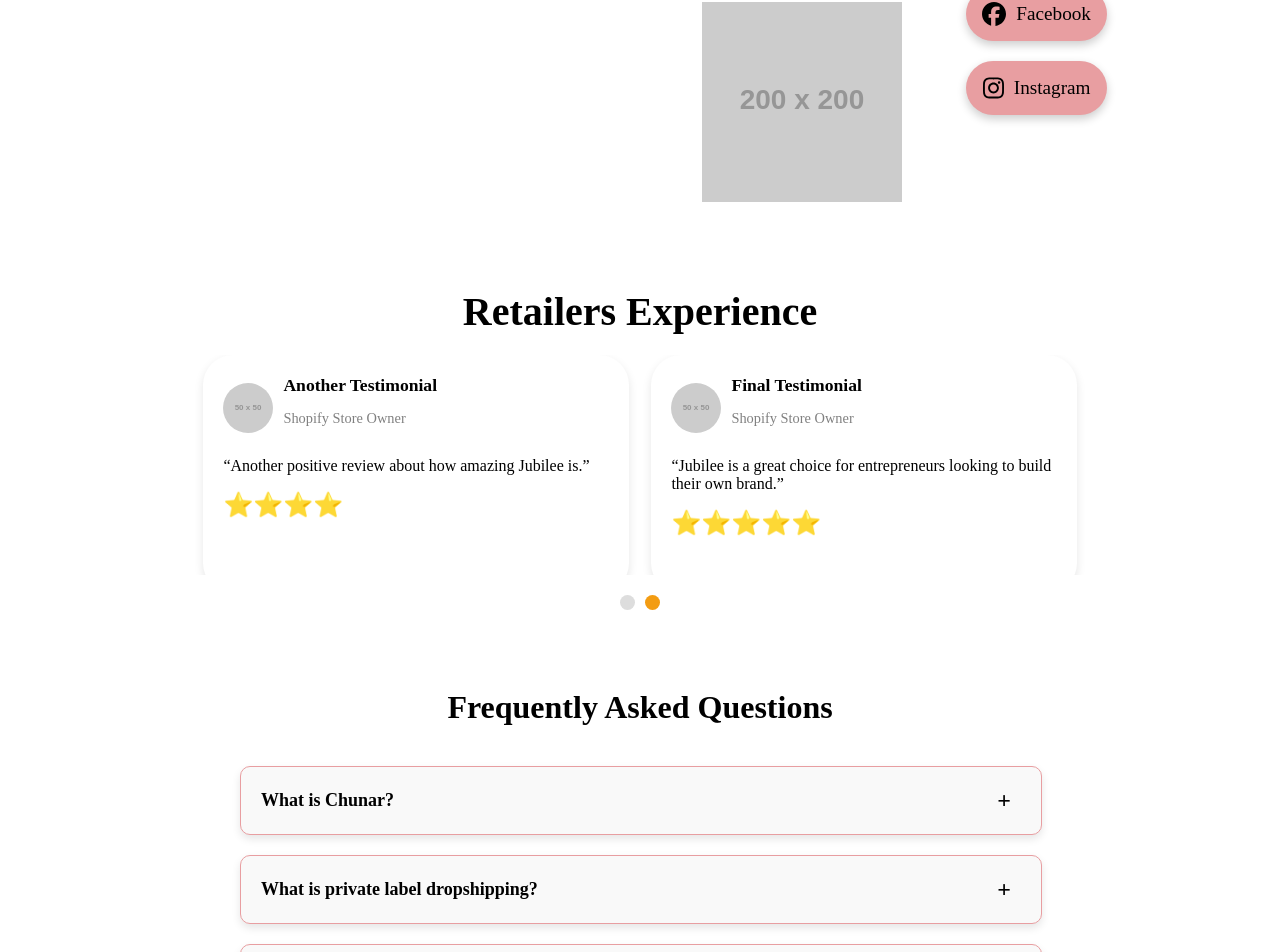
Repository: Nn-Exe/chunar-ecommerce
Page: / (app in ecommerce-frontend/)
These files come from the project's save history. The page is drawn as it stood at one moment and after the next save; the edit follows.
The browser window is 1280 px wide. The pictures show the part of the page from y = 1419 to 2371 px (the page is 2627 px tall).
Pictures or frames that could not be fetched are drawn as grey boxes. The page's requests for data from a server got no answer. The project was rebuilt for these pictures with package versions that can differ from the ones it lists, and the page was loaded fresh each time. No one was signed in, and anything a server would have sent is missing.

Above is the page before, as saved 2024-09-12 15:26:41.

After the next save:
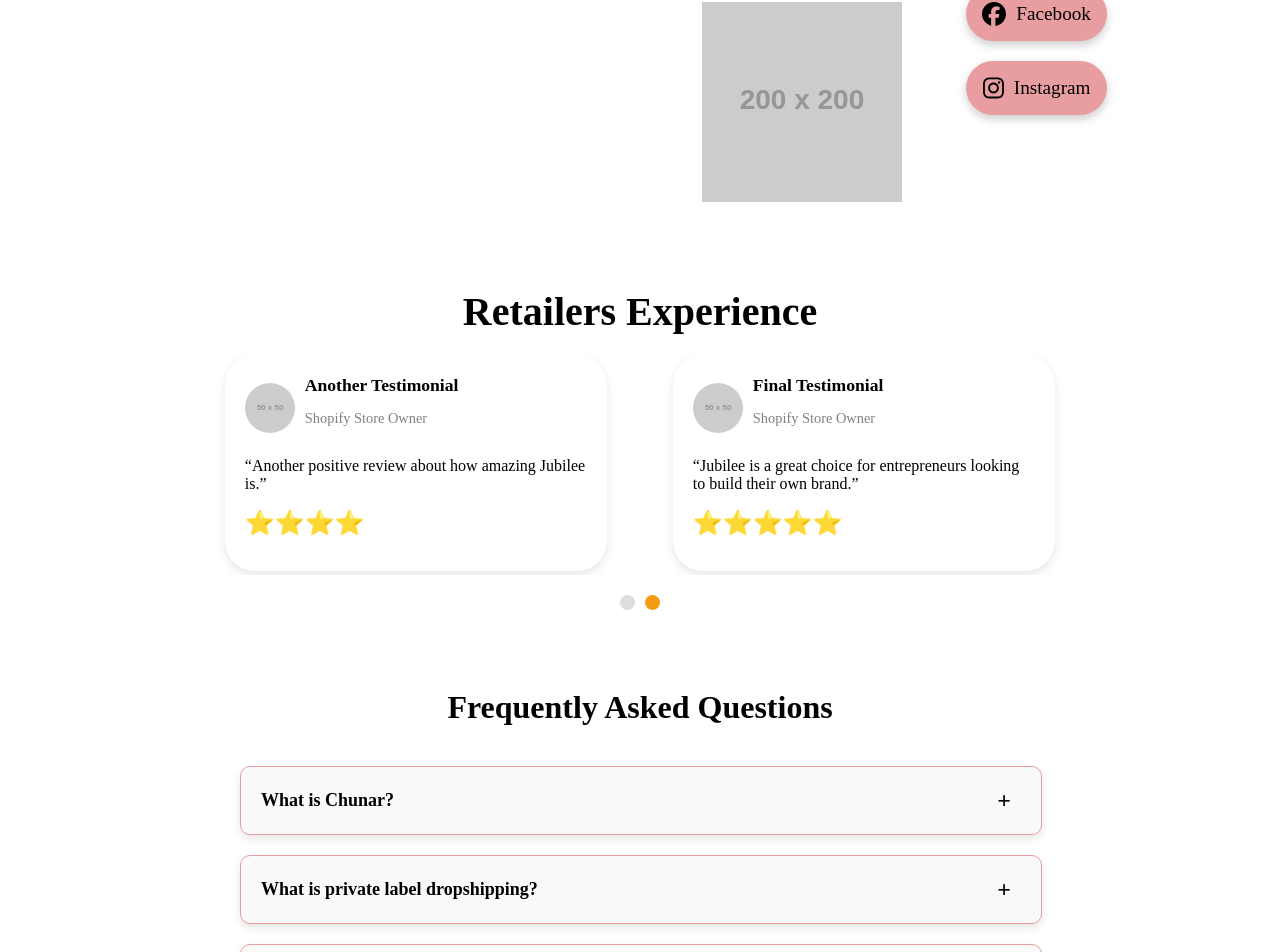
Saved 15 s later.
--- a/ecommerce-frontend/src/App.css
+++ b/ecommerce-frontend/src/App.css
@@ -277,8 +277,8 @@ nav ul li a {
   box-shadow: 0 4px 10px rgba(0, 0, 0, 0.1);
   text-align: left;
   margin: 0 auto;
-  width: 90%;
-  height: 90%;
+  width: 80%;
+  height: 80%;
   position: center;
   border-color: #e89ea1;
 }
